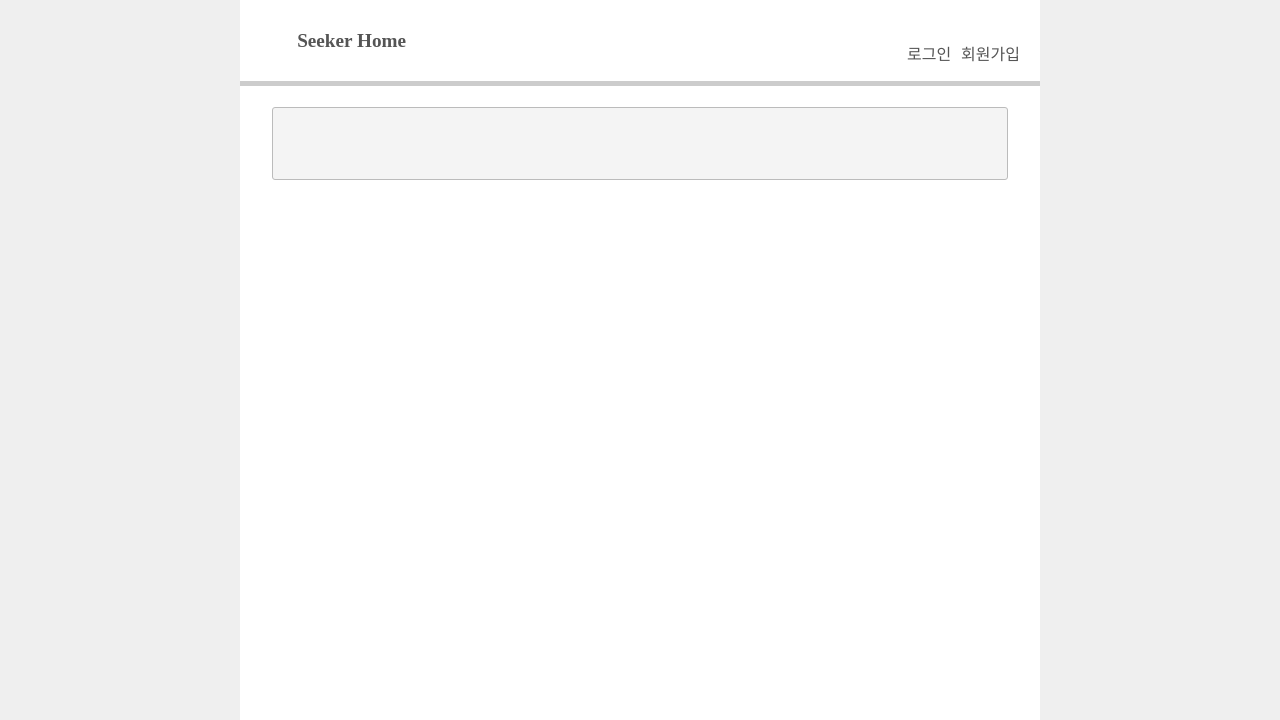
Repository: Seeker2250/JspTest
Page: jspPro/src/main/webapp/days01/index.html
The author's editor kept a copy of each file at every save. The page is drawn from the files as they stood at one save, then again after the next save.
The browser window is 1280 px wide. The pictures show the whole page.
Some web fonts or font styles are not loaded; a fallback is used.

Above is the page before, as saved 2024-10-15 01:26:35.

### jspPro/src/main/webapp/days01/index.html
<!DOCTYPE html>
<html>
<head>
<meta charset="UTF-8">
<title>Insert title here</title>
<link rel="shortcut icon" type="image/x-icon" href="http://localhost/jspPro/images/SiSt.ico">
<script src="https://ajax.googleapis.com/ajax/libs/jquery/3.7.1/jquery.min.js"></script>
<meta name="viewport" content="width=device-width, initial-scale=1.0">
<meta name="google" content="notranslate">
<link rel="stylesheet" href="http://localhost/jspPro/resources/cdn-main/example.css">
<script src="http://localhost/jspPro/resources/cdn-main/example.js"></script>
<style>
 span.material-symbols-outlined{
    vertical-align: text-bottom;
 }
</style>
</head>
<body>
<header>
  <h1 class="main"><a href="#" style="position: absolute;top:30px;">Seeker Home</a></h1>
  <ul>
    <li><a href="#">로그인</a></li>
    <li><a href="#">회원가입</a></li>
  </ul>
</header>
<div>
  <xmp class="code">

  </xmp>
</div>
</body>
</html>

### jspPro/src/main/webapp/resources/cdn-main/example.css
@charset "UTF-8";

@import url('https://fonts.googleapis.com/css2?family=Material+Symbols+Outlined:opsz,wght,FILL,GRAD@20..48,100..700,0..1,-50..200');

@font-face {
    font-family: 'GmarketSansMedium';
    src: url('https://cdn.jsdelivr.net/gh/projectnoonnu/noonfonts_2001@1.1/GmarketSansMedium.woff') format('woff');
    font-weight: normal;
    font-style: normal;
}

:root {
	--text-color: #555;
	--sub-text-color: #777;
	--back-color: #EFEFEF;
	--header-color: #444;
	--primary-color: #DEDEDE;
	--secondary-color: #EFEFEF;
	--default-width: 800px;
	--narrow-width: 500px;
	--wide-width: 1200px;
	--text-font: 'GmarketSansMedium';
	--icon-font: 'Material Symbols Outlined';
	--border-color: #CCC;
}

html, body {
	margin: 0;
	padding: 0;
}

html {
	background-color: var(--back-color);
	display: flex;
	justify-content: center;
	min-height: 100vh;
}

body, body.default {
	width: var(--default-width);
	background-color: white;
	padding-bottom: 120px;
}

body.wide {
	width: var(--wide-width);
}

body.narrow {
	width: var(--narrow-width);
}



body, p, div, span, a, input, select, option, textarea, button, table, th, td, label, fieldset, legend {
	font-family: var(--text-font);
	color: var(--text-color);
}

h1, h2, h3 {
	font-family: var(--text-font);
	color: var(--header-color);
	padding: 0 1rem;
	padding-top: .5rem;
}

div > h1, div > h2, div > h3 {
	padding: 0;
}

body > div, body > main > div {
	padding: 0.3rem 1rem;
}


h1 { font-size: 2rem; border-bottom: 1px solid var(--border-color); }
h1 small { font-size: 1.2rem; color: var(--sub-text-color); }
h2 { font-size: 1.5rem; border-bottom: 1px dashed var(--border-color); }
h2 small { font-size: 1.1rem; color: --sub-text-color; }
h3 { font-size: 1.2rem; }
h3 small { font-size: 1rem; color: --sub-text-color; }



h1.main::before {
	font-family: var(--icon-font);
  	content: '\e666';
  	margin-right: 10px;
  	float: left;
	font-size: 2.5rem;
}

h1.sub::before {
	font-family: var(--icon-font);
  	content: '\ea19';
  	margin-right: 10px;
  	float: left;
	font-size: 2.5rem;
}


h1.page::before {
	font-family: var(--icon-font);
  	content: '\e0e0';
  	margin-right: 10px;
  	float: left;
	font-size: 2.5rem;
}

body > header > ul > li > .active{
	background-color: #FFF;
	color:#F00;
}

body > header {
	display: flex;
	justify-content: space-between;
	border-bottom: 5px solid var(--border-color);
	min-height: 74px;
	background-color: #FFF;
}

body > header.sticky {
	position: sticky;
	top: 0;
	z-index: 98;
}

body > header > h1 {
	font-size: 1.2rem;
	border: 0;
}

body > header.in > h1::before {
	font-family: var(--icon-font);
  	content: '\e332‥';
  	margin-right: 3px;
  	float: left;
	font-size: 2rem;
}


body > header > ul {
	list-style-type: none;
	display: flex;
	align-items: flex-end;
	margin-right: 10px;
}

body > header > ul > li {
	margin-right: 10px;
	cursor: pointer;
}

body > header > ul > li > a {
	cursor: pointer;
}


form {
	display: block;
}

form > div {
	padding: 0.3rem 1rem;
}

div > form > div {
	padding: 0.3rem 0;
}

input, textarea, button, select {
	border: 1px solid #BBB;
	border-radius: 3px;
	outline: none;
	resize: none;
	padding: 7px;
	margin: 0;
}

input[type=text]:read-only, textarea:read-only {
	cursor: not-allowed;
	background-color: #FFF;
}

input[type=text]:disabled, textarea:disabled {
	cursor: not-allowed;
	background-color: #EEE;
}

input[type=text], input[type=password], textarea, button, select {
	/* width: 300px; */
}

textarea {
	display: block;
	height: 100px;
}

input[type=button], input[type=submit], button {
	/* width: inherit; */
}

input.short, textarea.short, button.short, select.short {
	width: 100px;
}

input.long, textarea.long, button.long, select.long {
	width: 350px;
}

.narrow input.long, .narrow textarea.long, .narrow button.long, .narrow select.long {
	width: calc(100% - 20px);
}

input.full, textarea.full, button.full, select.full {
	width: calc(100% - 20px);
}

textarea.short {
	height: 50px;
}

textarea.long {
	height: 100px;
}

textarea.full {
	height: 200px;
}

input, textarea {
	padding-top: 8px;
}

input[type=button], input[type=submit], button {
	padding: 5px 10px;
	background-color: var(--secondary-color);
	cursor: pointer;
	min-height: 36px;
}

input[type=button].primary, input[type=submit].primary, button.primary {
	/* background-color: rgba(100, 149, 237, .2); */
	background-color: var(--primary-color);
}

input[type=button].primary:hover, input[type=submit].primary:hover, button.primary:hover {
	/* background-color: rgba(100, 149, 237, .3); */
	background-color: var(--secondary-color);
}

input[type=button]:hover, input[type=submit]:hover, button:hover {
	background-color: var(--primary-color);
}

button {
	position: relative;
	left: 0;
	top: 0;
	padding-left: 35px;
}

button .material-symbols-outlined {
	position: absolute;
	left: 10px;
	top: 4px;
}

/* k2nik add */
button.login::before {
	font-family: var(--icon-font);
  	content: '\ea77';
	position: absolute;
	left: 11px;
	top: 4px;
	font-size: 1.25rem;
}

/* k2nik logout */
button.logout::before {
	font-family: var(--icon-font);
  	content: '\e9ba';
	position: absolute;
	left: 11px;
	top: 4px;
	font-size: 1.25rem;
}

/* k2nik help */
button.help::before {
	font-family: var(--icon-font);
  	content: '\f1c0';
	position: absolute;
	left: 11px;
	top: 4px;
	font-size: 1.25rem;
}

button.add::before{
	font-family: var(--icon-font);
  	content: '\e746';
	position: absolute;
	left: 11px;
	top: 4px;
	font-size: 1.25rem;
}

button.back::before {
	font-family: var(--icon-font);
  	content: '\e166';
	position: absolute;
	left: 11px;
	top: 4px;
	font-size: 1.25rem;
}

button.list::before {
	font-family: var(--icon-font);
  	content: '\e0ee';
	position: absolute;
	left: 11px;
	top: 4px;
	font-size: 1.25rem;
}


button.del::before {
	font-family: var(--icon-font);
  	content: '\e872';
	position: absolute;
	left: 11px;
	top: 4px;
	font-size: 1.25rem;
}


button.edit::before {
	font-family: var(--icon-font);
  	content: '\e745';
	position: absolute;
	left: 11px;
	top: 4px;
	font-size: 1.25rem;
}


button.login::before {
	font-family: var(--icon-font);
  	content: '\ea77';
	position: absolute;
	left: 11px;
	top: 4px;
	font-size: 1.25rem;
}


button.logout::before {
	font-family: var(--icon-font);
  	content: '\e9ba';
	position: absolute;
	left: 11px;
	top: 4px;
	font-size: 1.25rem;
}


button.in::before {
	font-family: var(--icon-font);
  	content: '\f71a';
	position: absolute;
	left: 11px;
	top: 4px;
	font-size: 1.25rem;
}


button.out::before {
	font-family: var(--icon-font);
  	content: '\f70e';
	position: absolute;
	left: 11px;
	top: 4px;
	font-size: 1.25rem;
}


button.reply::before {
	font-family: var(--icon-font);
  	content: '\e15e';
	position: absolute;
	left: 11px;
	top: 4px;
	font-size: 1.25rem;
}


button.comment::before {
	font-family: var(--icon-font);
  	content: '\e0b9';
	position: absolute;
	left: 11px;
	top: 4px;
	font-size: 1.25rem;
}


button.modal::before {
	font-family: var(--icon-font);
  	content: '\e89e';
	position: absolute;
	left: 11px;
	top: 4px;
	font-size: 1.25rem;
}


button.ok::before {
	font-family: var(--icon-font);
  	content: '\e86c';
	position: absolute;
	left: 11px;
	top: 4px;
	font-size: 1.25rem;
}


button.cancel::before {
	font-family: var(--icon-font);
  	content: '\e5c9';
	position: absolute;
	left: 11px;
	top: 4px;
	font-size: 1.25rem;
}

button.search::before {
	font-family: var(--icon-font);
  	content: '\e8b6';
	position: absolute;
	left: 11px;
	top: 4px;
	font-size: 1.25rem;
}

button.home::before {
	font-family: var(--icon-font);
  	content: '\e88a';
	position: absolute;
	left: 11px;
	top: 4px;
	font-size: 1.25rem;
}


button.sidebar::before {
	font-family: var(--icon-font);
  	content: '\f7e4';
	position: absolute;
	left: 11px;
	top: 4px;
	font-size: 1.25rem;
}


button.sidebar-right::before {
	font-family: var(--icon-font);
  	content: '\f7e5';
	position: absolute;
	left: 11px;
	top: 4px;
	font-size: 1.25rem;
}




button::before {
	font-family: var(--icon-font);
  	content: '\e323';
	position: absolute;
	left: 11px;
	top: 4px;
	font-size: 1.25rem;
}


table {
	border-collapse: collapse;
	margin: 1rem;
	box-sizing: border-box;
	width: calc(100% - 32px);
}

table.content {
	width: auto;
}

div > table {
	margin: 0;
}

table th, table td {
	border: 1px solid var(--border-color);
	padding: 7px;
	font-weight: normal;
}

table th {
	background-color: var(--back-color);
}

table.vertical th {
	width: 150px;
}

table.vertical td {
	width: calc(100% - 182px);
	padding-left: 10px;
}

table.content td, table.content th {
	width: auto;
}

body.narrow table.vertical th {
	width: 100px;
}

body.narrow table.vertical td {
	width: calc(100% - 182px);
}


table + table {
	margin-top: 30px;
}


p {
	padding: 0 1rem;
}

a {
	text-decoration: none;
}

a:hover {
	color: rgba(255, 99, 71, .7);
}

hr {
	border: 0;
	border-top: 1px solid var(--border-color);
	margin: 2rem 0;
}

.message {
	border: 1px solid var(--border-color);
	background-color: #EFEFEF;
	margin: 1rem;
	width: auto;
	padding-top: 10px;
	padding-bottom: 10px;
	font-size: 14px;
}

.message[title]::before {
	content: attr(title);
	display: block;
	border-bottom: 1px solid var(--border-color);
	padding-bottom: 5px;
	margin-bottom: 10px;
	margin-top: 7px;
}

.message.short {
	max-width: 250px;
}

.message.long {
	max-width: 500px;
}

.badge {
	float: right;
	font-size: .8rem;
	margin-top: 2px;
	margin-right: 2px;
	text-shadow: 0 0 7px gray;
}

.badge.left {
	float: none;
	margin-left: 2px;
}

.badge.right {
	float: right;
}

.badge.red {
	border-radius: 50%;
	padding: 2px 5px;
	background-color: rgb(255, 99, 71, .3);
}

.badge.yellow {

	border-radius: 50%;
	padding: 2px 5px;
	background-color: rgb(255, 215, 0, .5);
}

.badge.blue {
	border-radius: 50%;
	padding: 2px 5px;
	background-color: rgb(100, 149, 237, .3);
}

label + label {
	margin-left: 7px;
}

label input[type=checkbox], label input[type=radio] {
	transform: translate(0, 1px);
}

.group {
	display: flex;
}

.modal-content .group {
	margin-bottom: .5rem;
}

.group label {
	border: 1px solid #BBB;
	border-radius: 3px;
	outline: none;
	resize: none;
	padding: 7px 14px;
	margin: 0;
	border-top-right-radius: 0;
	border-bottom-right-radius: 0;
	background-color: #EFEFEF;
	white-space: nowrap;
	font-size: 14px;
}

.group input[type=text] {
	margin-left: -1px;
	border-top-left-radius: 0;
	border-bottom-left-radius: 0;
}

.group select {
	margin-left: -1px;
	border-top-left-radius: 0;
	border-bottom-left-radius: 0;
}

.group input.full[type=text] {
	margin-left: -1px;
	border-top-left-radius: 0;
	border-bottom-left-radius: 0;
	width: 100%;
}

.group input[type=button]:first-child, .group button:first-child {
	border-top-left-radius: 3px;
	border-bottom-left-radius: 3px;
	margin-left: 0px;
}

.group input[type=button], .group button {
	border-radius: 0;
	margin-left: -1px;
}

.group input[type=button]:last-child, .group button:last-child {
	margin-left: -1px;
	border-top-right-radius: 3px;
	border-bottom-right-radius: 3px;
}

.seperate {
	display: flex;
	justify-content: space-between;
}

div.list {
	width: max-content;
	margin: 1rem;
	border: 1px solid #BBB;
	border-radius: 3px;
	padding: 0;
}

div.list.full {
	width: auto;
	display: block;
	margin: 1rem;
	border: 1px solid #BBB;
	border-radius: 3px;
	padding: 0;
}

div.list > div {
	padding: .5rem 1rem;
	margin: 0;
	border-bottom: 1px solid #BBB;
}

div.list > div:last-child {
	border-bottom: 0;
}

pre.code , xmp.code{
	font-family: consols;
	background-color: rgba(150, 150, 150, .1);
	border: 1px solid #BBB;
	border-radius: 3px;
	padding: .5rem 1rem;
	padding-bottom: .6rem;
	margin: 1rem;
}




*[data-modal-window] {
	position: fixed;
	background-color: rgba(0, 0, 0, .3);
	left: 0;
	top: 0;
	display: none;
	justify-content: center;
	align-items: flex-start;
	width: 100%;
	min-height: 100vh;
	z-index: 100;
	opacity: 0;
	transition: 500ms all;
}

*[data-modal-window] .modal-container {
	border-radius: 5px;
	padding: 1rem;
	padding-bottom: .5rem;
	margin-top: -500px;
	opacity: 0;
	width: 500px;
	background-color: #FFF;
	margin-right: 2rem;
	transition: 500ms all;
}

*[data-modal-size=content] .modal-container {
	width: auto;
}

*[data-modal-size=narrow] .modal-container {
	width: 300px;
}

*[data-modal-size=wide] .modal-container {
	width: 760px;
}


*[data-modal-window] .modal-header {
	border-bottom: 1px solid var(--border-color);
	padding: 2px 5px;
}

*[data-modal-window] .modal-content {
	padding: 1rem 5px;
}

*[data-modal-window] .modal-content div:last-child {
	margin-top: 1rem;
	text-align: right;
}



*[data-sidebar-window] {
	position: fixed;
	background-color: #FFF;
	left: 0;
	top: 0;
	display: block;
	width: 300px;
	border-right: 1px solid var(--border-color);
	box-sizing: border-box;
	box-shadow: 0 0 3px var(--back-color);
	min-height: 100vh;
	z-index: 99;
	transform: translate(-300px, 0);
	transition-duration: 500ms;
	transition-property: transform;
}

*[data-sidebar-direction=right] {
	left: auto;
	right: 0;
	transform: translate(300px, 0);
	border-left: 1px solid var(--border-color);
}

*[data-sidebar-size=wide] {
	width: 500px;
	transform: translate(-500px, 0);
}

*[data-sidebar-window] .sidebar-title {
	border-bottom: 1px solid var(--border-color);
	margin-top: 20px;
	margin-bottom: 20px;
	padding-bottom: 5px;
	display: flex;
	justify-content: space-between;
}

*[data-sidebar-window] .sidebar-title span:last-child {
	cursor: pointer;
}


/* K2Nik pagination */
.center {
  text-align: center;
}

.pagination {
  display: inline-block;
}

.pagination a {
  color: black;
  float: left;
  padding: 3px 6px;
  text-decoration: none;
  transition: background-color .3s;
  border: 1px solid #ddd;
  margin: 0 3px;
}

.pagination a.active {
  background-color: #4CAF50;
  color: white;
  border: 1px solid #4CAF50;
}

.pagination a:hover:not(.active) {background-color: #ddd;}

### jspPro/src/main/webapp/resources/cdn-main/example.js

window.onload = () => {

    const list = document.querySelectorAll('input, textarea');

    list.forEach(item => {
        item.setAttribute('autocomplete', 'off');
    });


    const modal_btn_list = document.querySelectorAll('*[data-modal-button]');

    modal_btn_list.forEach(item => {
        item.onclick = function() {

            const name = this.dataset['modalButton'];
            const modal_window = document.querySelector('*[data-modal-window=' + name);

            const container = document.createElement('div');
            container.className = 'modal-container';



            const modal_header = document.createElement('div');
            modal_header.textContent = modal_window.dataset['modalTitle'];
            modal_header.className = 'modal-header';
            container.appendChild(modal_header);

            const modal_content = document.createElement('div');
            modal_content.className = 'modal-content';
            container.appendChild(modal_content);

            Array.from(modal_window.childNodes).forEach(item => {
                modal_content.appendChild(item);
            });

            modal_window.appendChild(container);

            modal_window.style.display = 'flex';

            setTimeout(() => {
                modal_window.style.opacity = 1;
                container.style.marginTop = '20px';
                container.style.opacity = 1;
            }, 50);


            const modal_ok = document.querySelector('*[data-modal-ok=' + name);
            modal_ok.addEventListener('click', function() {
                modal_window.style.opacity = 0;
                container.style.marginTop = '-500px';
                container.style.opacity = 0;

                setTimeout(() => {
                    modal_window.innerHTML = modal_content.innerHTML;
                    modal_window.style.display = 'none';
                }, 500);

            });

            const modal_cancel = document.querySelector('*[data-modal-cancel=' + name);
            modal_cancel.addEventListener('click', function() {

                modal_window.style.opacity = 0;
                container.style.marginTop = '-500px';
                container.style.opacity = 0;

                setTimeout(() => {
                    modal_window.innerHTML = modal_content.innerHTML;
                    modal_window.style.display = 'none';
                }, 500);
            });


        };
    });


    const sidebar_btn_list = document.querySelectorAll('*[data-sidebar-button]');

    sidebar_btn_list.forEach(item => {
        item.onclick = function() {



            const name = this.dataset['sidebarButton'];
            const sidebar_window = document.querySelector('*[data-sidebar-window=' + name);

            if (sidebar_window.style.transform == 'translate(0px, 0px)') return;



            sidebar_window.style.transform = 'translate(0, 0)';

            const sidebar_title = document.createElement('div');
            sidebar_title.className = 'sidebar-title';
            sidebar_title.innerHTML = '<span>' + sidebar_window.dataset['sidebarTitle'] + '</span><span class="material-symbols-outlined">close</span>';

            sidebar_title.children[1].onclick = function() {

                let sign = 1;
                let distance = 300;

                if (sidebar_window.dataset['sidebarDirection'] != 'right') {
                    sign = -1;
                } else {
                    sign = 1;
                }

                if (sidebar_window.dataset['sidebarSize'] != 'wide') {
                    distance = 300;
                } else {
                    distance = 500;
                }

                distance *= sign;

                sidebar_window.style.transform = 'translate(' + distance + 'px, 0)';

                setTimeout(function() {
                    sidebar_window.removeChild(sidebar_window.children[0]);
                }, 500);
            };


            sidebar_window.prepend(sidebar_title);

        }
    });

};

// window.onkeydown = function(event) {

//     if (event.keyCode == 27) {
//         if (document.querySelector('[data-modal-window').style.display == 'flex') {
//             document.querySelector('[data-modal-window').style.display = 'none';
//         }
//     }

// };

After the next save:
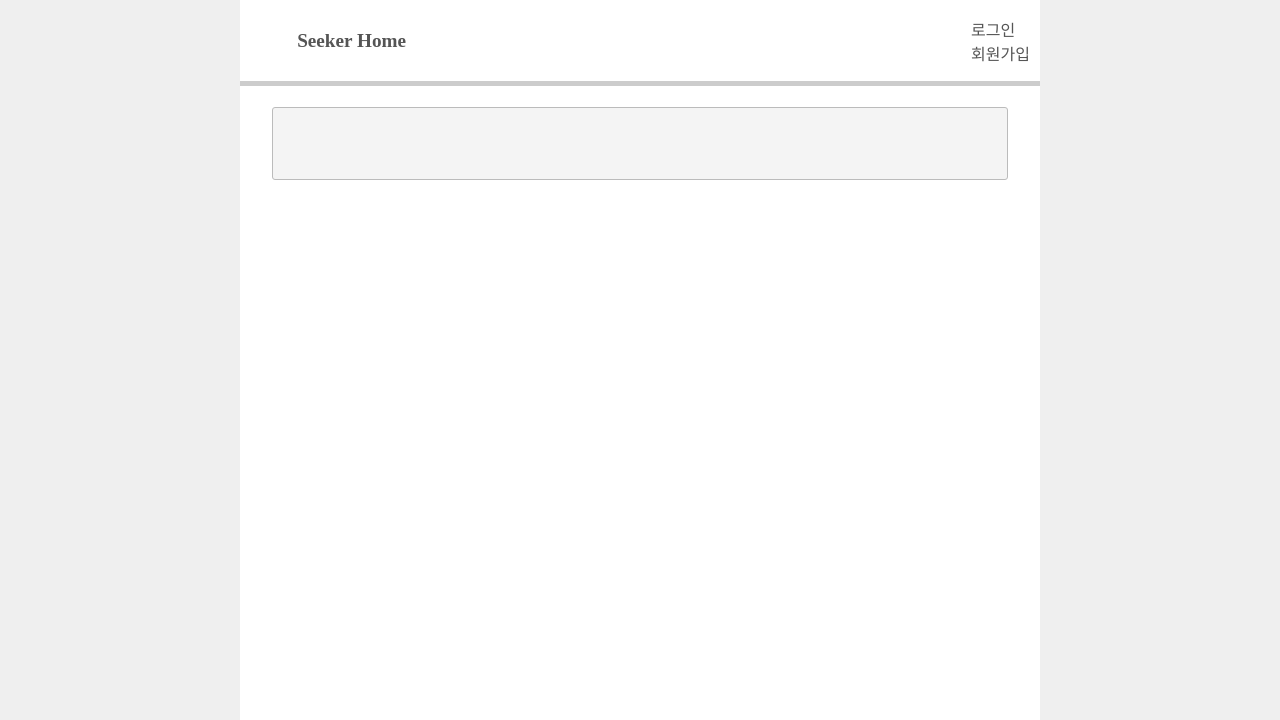
Saved 3 min 58 s later.
--- a/jspPro/src/main/webapp/days01/index.html
+++ b/jspPro/src/main/webapp/days01/index.html
@@ -19,7 +19,7 @@
 <header>
   <h1 class="main"><a href="#" style="position: absolute;top:30px;">Seeker Home</a></h1>
   <ul>
-    <li><a href="#">로그인</a></li>
+    <lsi><a href="#">로그인</a></li>
     <li><a href="#">회원가입</a></li>
   </ul>
 </header>
